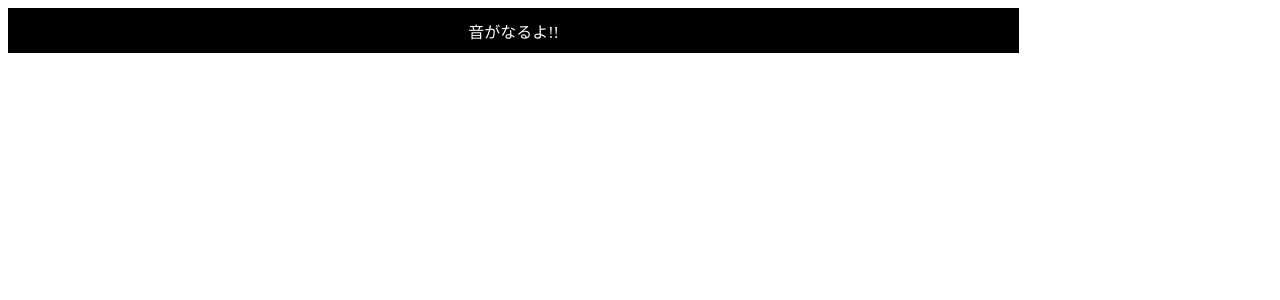
Repository: MBR3/MBR3.github.io
Page: index.html
The author's editor kept a copy of each file at every save. The page is drawn from the files as they stood at one save, then again after the next save.
The browser window is 1280 px wide. The pictures show the whole page.

Above is the page before, as saved 2022-10-22 12:34:59.

### index.html
<!DOCTYPE html>
<html>
    <head>
        <title>バス運行（業務用）</title>
        <link rel="stylesheet" href="index.css">
        <script src="index.js"></script>
    </head>

    <body>
        <div class="btn" onclick="audio()">音がなるよ!!</div>

        <audio id="btn_audio">
            <source src="./audio/english-10.mp3" type="audio/mp3">
        </audio>
    </body>
</html>

### index.css
.btn {
    box-sizing: border-box;
    background-color: #000;
    color: #fff;
    cursor: pointer;
    display: flex;
    align-items: center;
    justify-content: center;
    height: 45px;
    width: 80%;
}

### index.js
function audio() {
    document.getElementById('btn_audio').currentTime = 0; //連続クリックに対応
    document.getElementById('btn_audio').play(); //クリックしたら音を再生
}

After the next save:
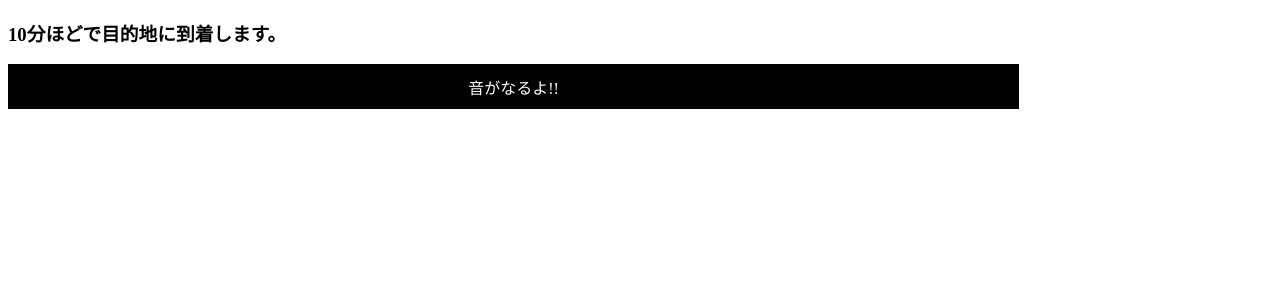
Saved 31 s later.
--- a/index.html
+++ b/index.html
@@ -7,6 +7,7 @@
     </head>
 
     <body>
+        <h3>10分ほどで目的地に到着します。</h3>
         <div class="btn" onclick="audio()">音がなるよ!!</div>
 
         <audio id="btn_audio">
